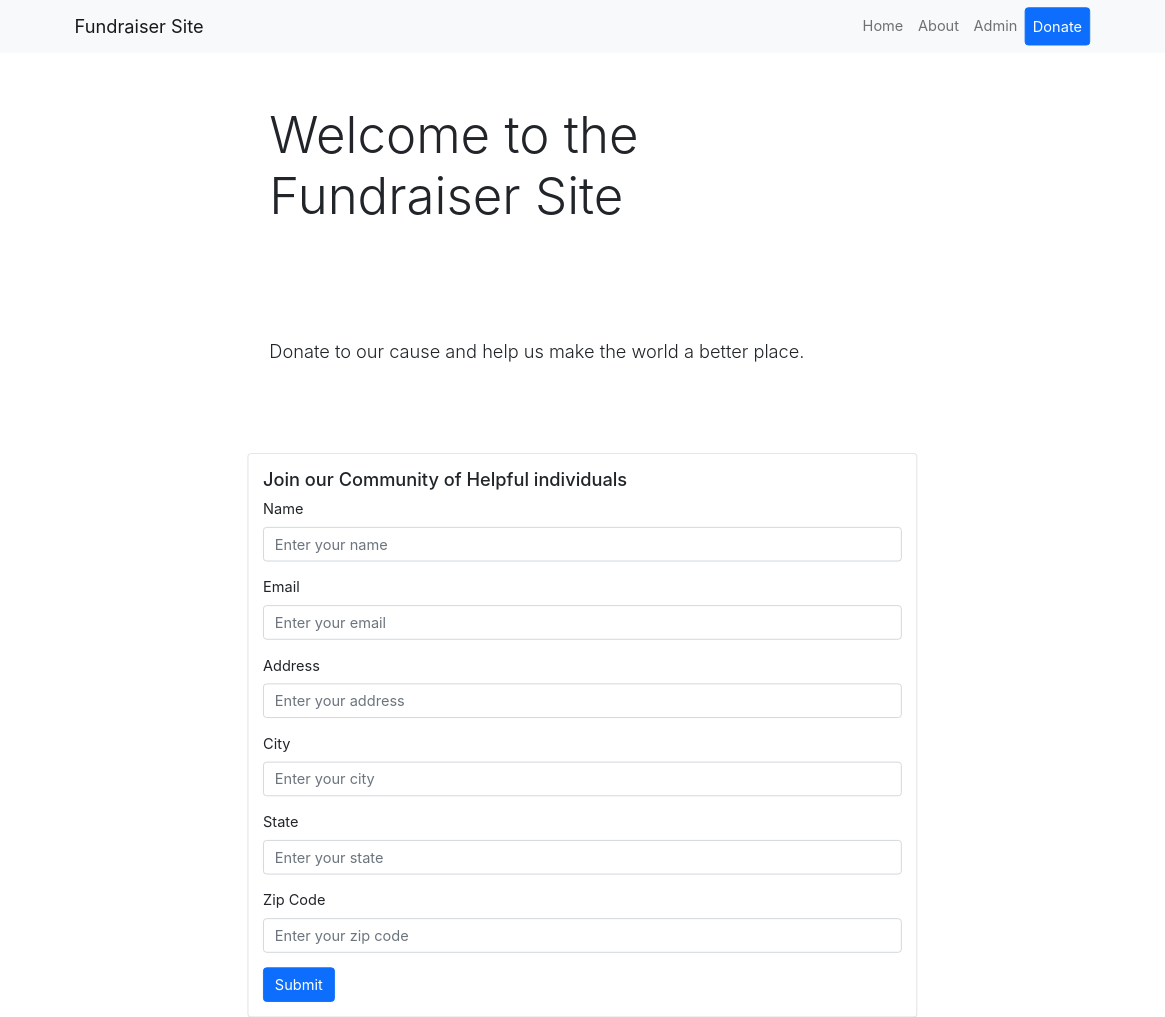
Repository: DragonFruit8/Fundraiser-Page
Page: /
These files come from the project's save history. The page is drawn as it stood at one moment and after the next save; the edit follows.
The browser window is 1280 px wide. The pictures show the whole page, at 91% of full size.
The project was rebuilt for these pictures with package versions that can differ from the ones it lists, and the page was loaded fresh each time. Also part of the build but not shown: src/pages/About.js, src/pages/Donate.js, src/pages/Admin.js.

Above is the page before, as saved 2024-07-19 12:43:48.

After the next save:
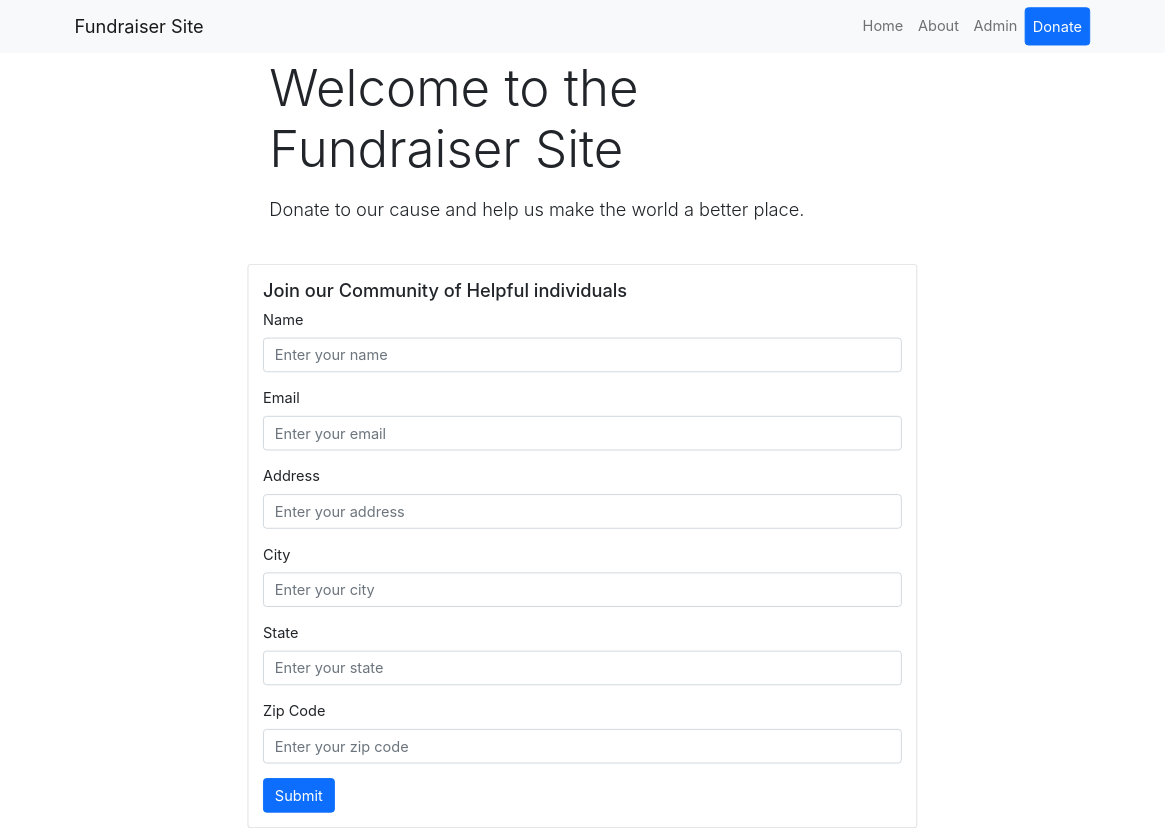
Saved 8 s later.
--- a/src/pages/Home.js
+++ b/src/pages/Home.js
@@ -34,7 +34,7 @@
         <section className="container">
             <div className="row justify-content-center">
                 <div className="col-md-8">
-                    <div className="d-flex container row h-50 justify-content-center align-items-center">
+                    <div className="d-flex container row h-25 justify-content-center align-items-center">
                         <h1 className="display-4">Welcome to the Fundraiser Site</h1>
                         <p className="lead">Donate to our cause and help us make the world a better place.</p>
                     </div>

After the save that followed:
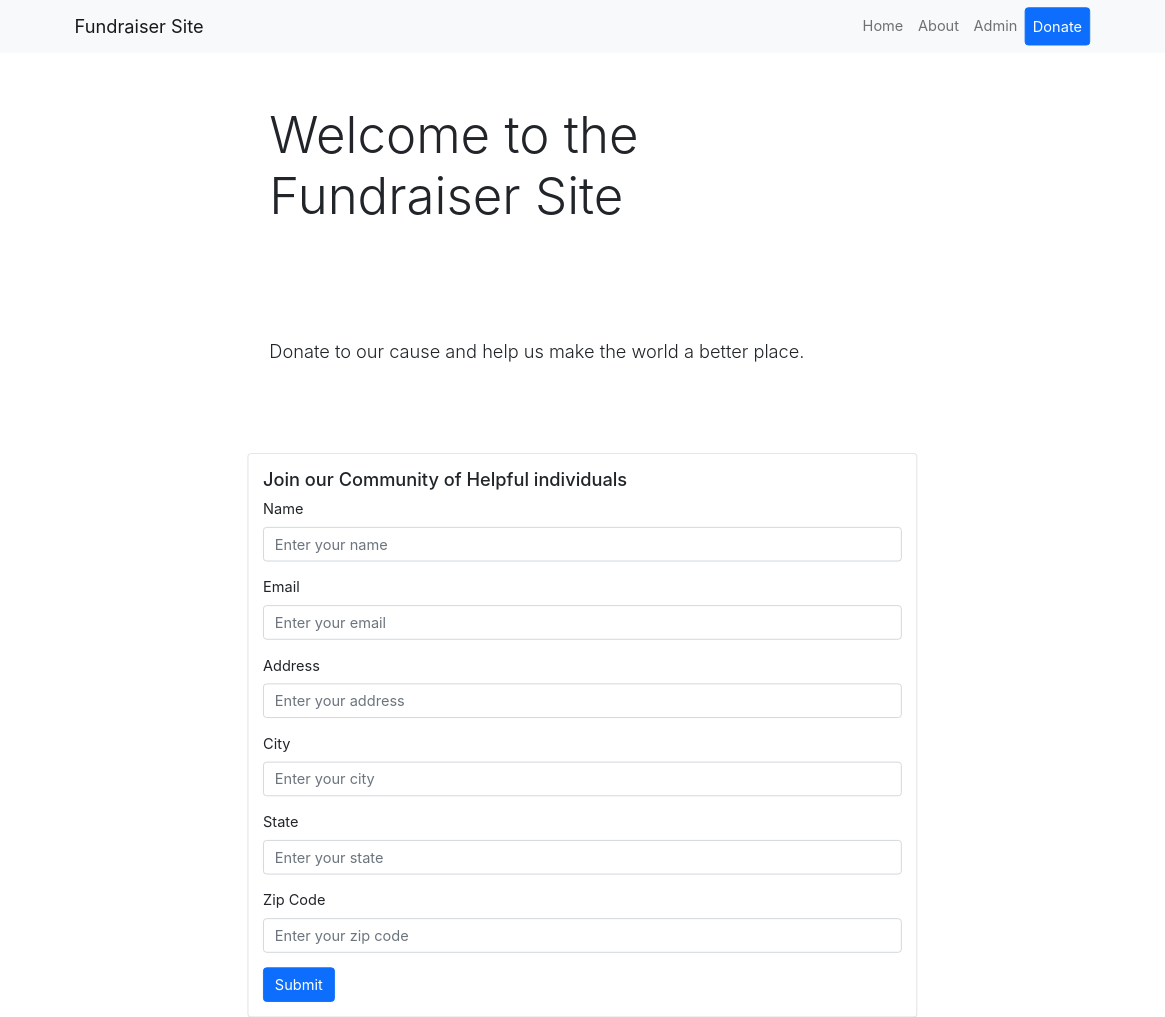
Saved 5 s later.
--- a/src/pages/Home.js
+++ b/src/pages/Home.js
@@ -34,7 +34,7 @@
         <section className="container">
             <div className="row justify-content-center">
                 <div className="col-md-8">
-                    <div className="d-flex container row h-25 justify-content-center align-items-center">
+                    <div className="d-flex container row h-50 justify-content-center align-items-center">
                         <h1 className="display-4">Welcome to the Fundraiser Site</h1>
                         <p className="lead">Donate to our cause and help us make the world a better place.</p>
                     </div>
